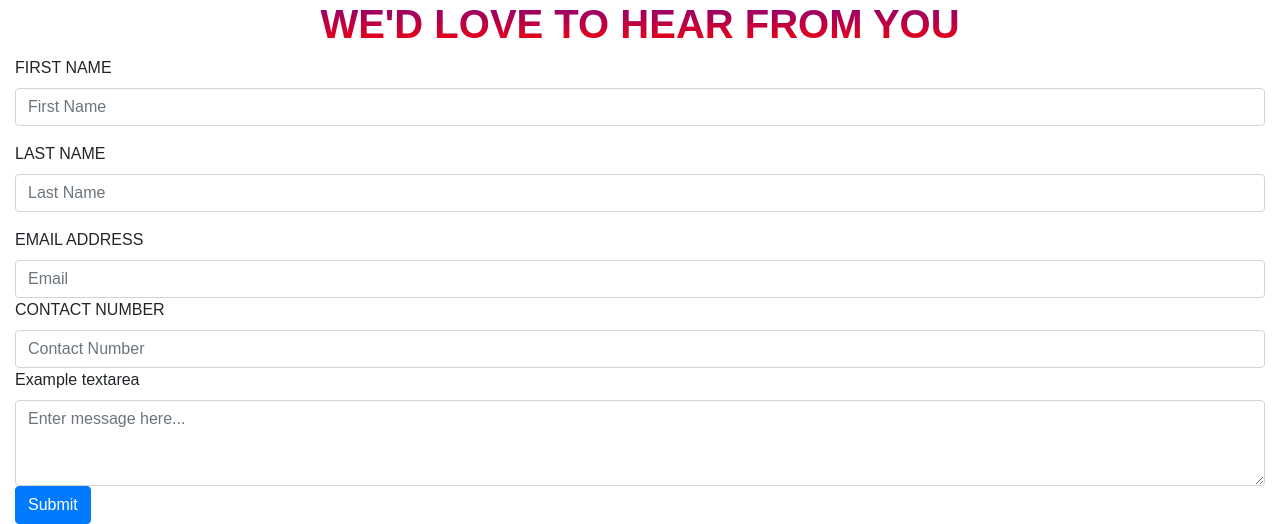
Repository: KJY93/User_Centric_Frontend_Development_Project
Page: contact.html
The author's editor kept a record of every edit. The page is drawn from the files as they stood at one moment, then again after the next edit.
The browser window is 1280 px wide. The pictures show the part of the page from y = 263 to 803 px (the page is 787 px tall before and 803 px after).
Some web fonts or font styles are not loaded; a fallback is used. Some web libraries are served in a nearby version.

Above is the page before.

After the next edit:
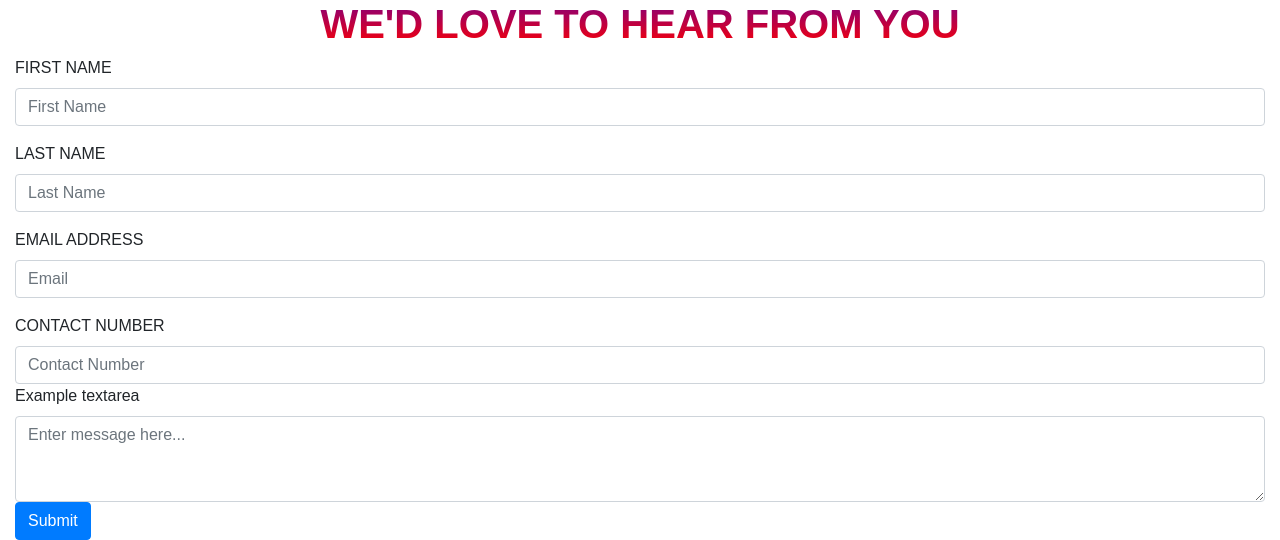
The edit:
--- a/contact.html
+++ b/contact.html
@@ -74,7 +74,7 @@
                     </div>
 
                     <div class="form-group">
-                        <div class="form-attribute"><label for="email-address">EMAIL ADDRESS</label>
+                        <div class="form-attribute"><label for="email-address">EMAIL ADDRESS</label></div>
                         <input type="email" class="form-control" id="email-address" placeholder="Email">
                     </div>
 
